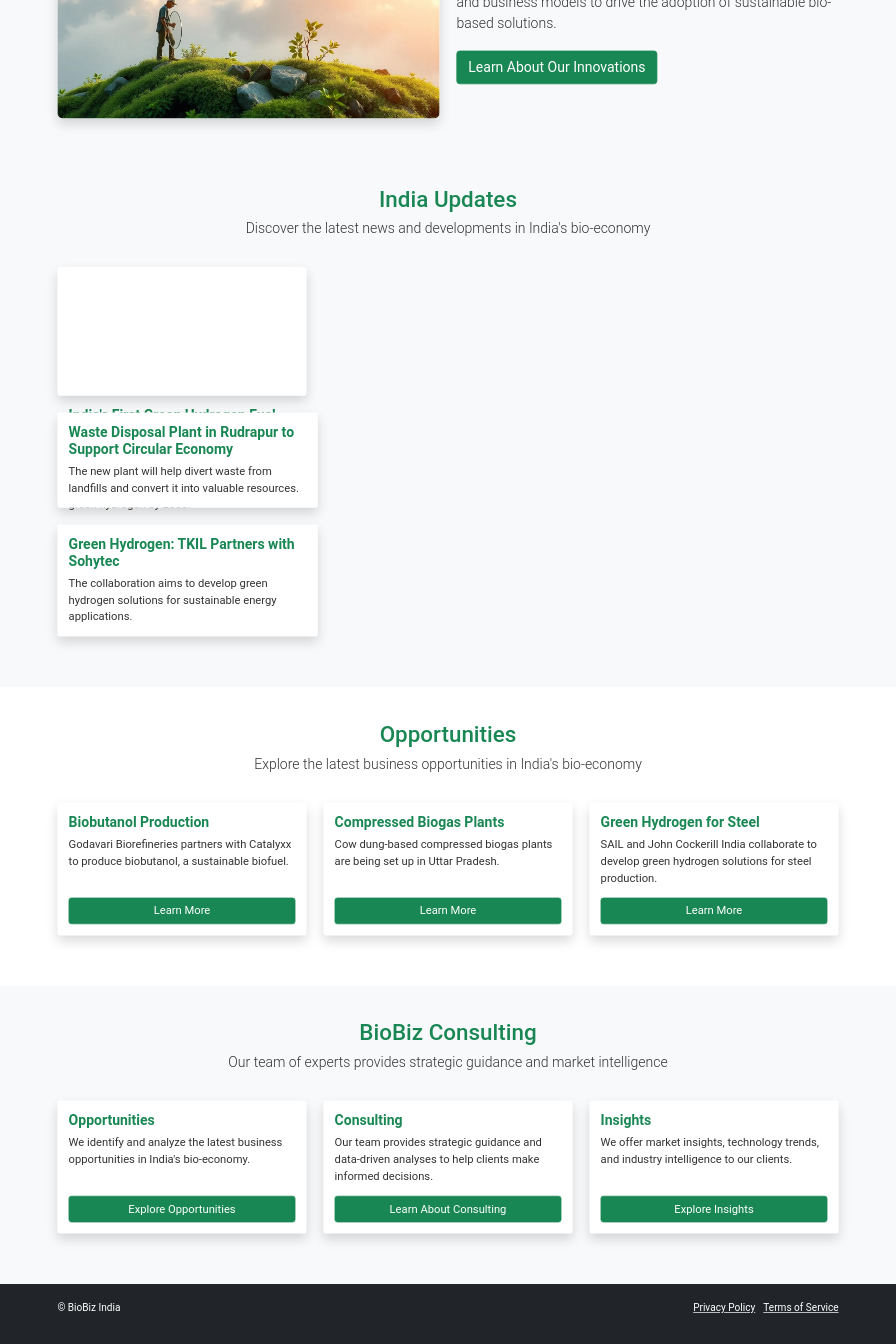
Repository: abhijeets54/biobiz
Page: biobiz.html
These files come from the project's save history. The page is drawn as it stood at one moment and after a run of saves; the edit follows.
The browser window is 1280 px wide. The pictures show the part of the page from y = 1446 to 3366 px (the page is 3366 px tall before and 3022 px after), at 70% of full size.

Above is the page before, as saved 2024-12-17 14:31:14.

After the next 3 saves:
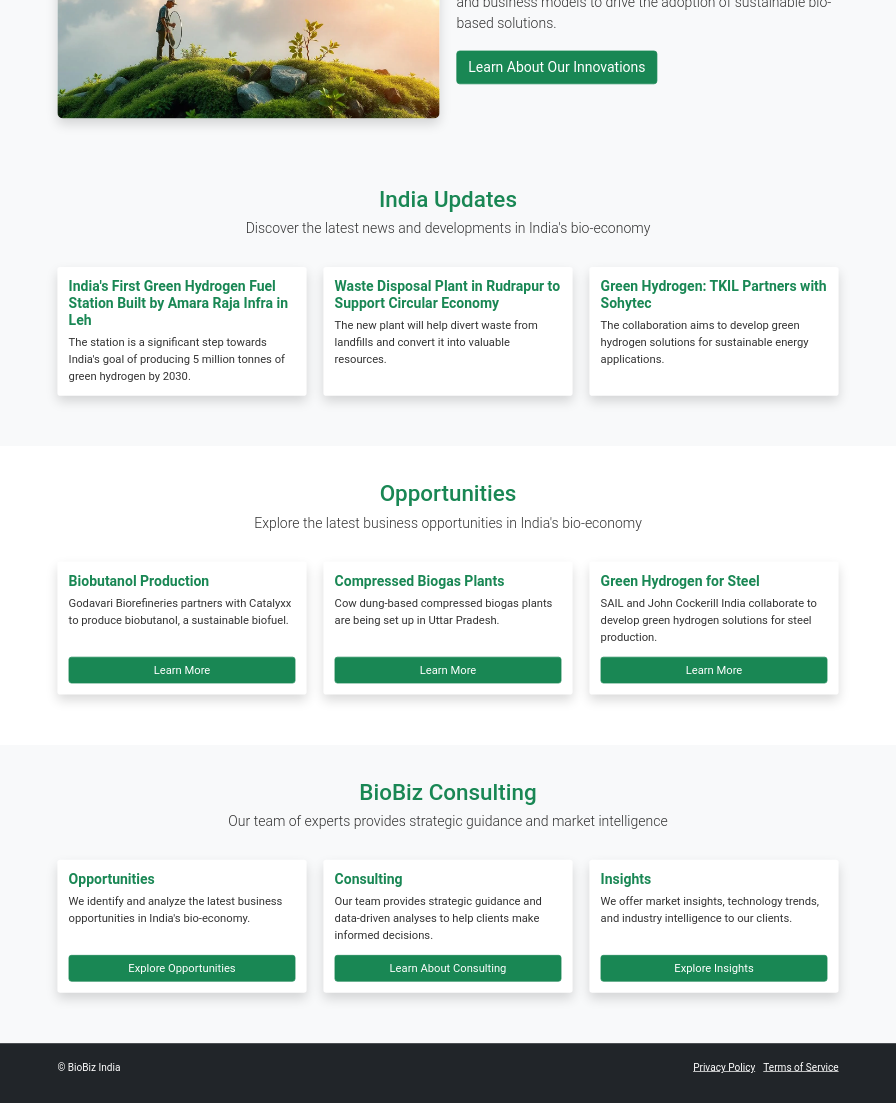
The 3 saves are shown as one change because they came seconds apart.
The last was saved 8 s later.
--- a/biobiz.html
+++ b/biobiz.html
@@ -133,7 +133,7 @@
             <p class="lead">Discover the latest news and developments in India's bio-economy</p>
           </div>
           <div class="col-md-4 mb-4">
-            <div class="card h-100 shadow"></div>
+            <div class="card h-100 shadow">
               <div class="card-body">
                 <h5 class="card-title text-success">India's First Green Hydrogen Fuel Station Built by Amara Raja Infra in Leh</h5>
                 <p class="card-text">The station is a significant step towards India's goal of producing 5 million tonnes of green hydrogen by 2030.</p>
